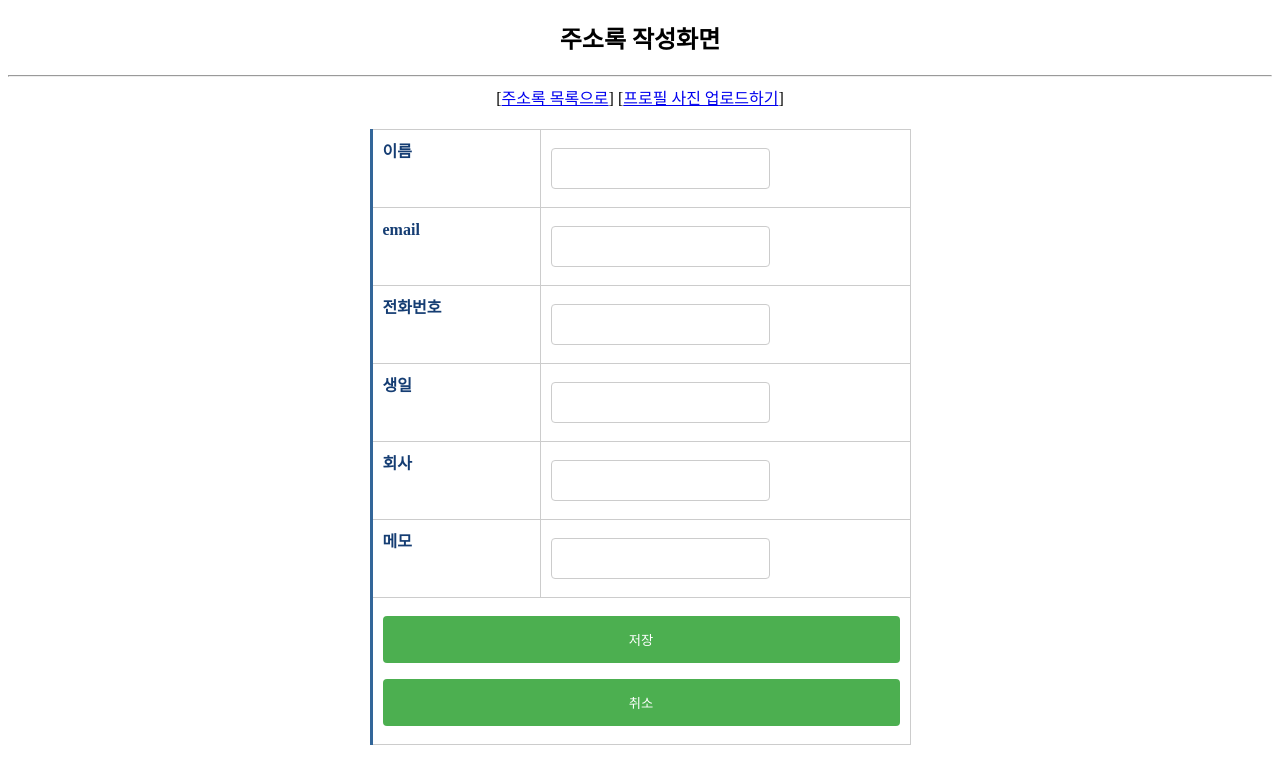
Repository: LeeHyukJe/jsp-bit
Page: http://localhost/jsp2/addrbook/addrbook_form.jsp
These files come from the project's save history. The page is drawn as it stood at one moment and after the next save; the edit follows.
The browser window is 1280 px wide. The pictures show the whole page.
The page is served by Tomcat 9. Other server files are loaded and not shown.

Above is the page before, as saved 2017-09-20 05:12:10.

### jsp2/WebContent/addrbook/addrbook_form.jsp
<%@ page language="java" contentType="text/html; charset=UTF-8"
	pageEncoding="UTF-8" errorPage="addrbook_error.jsp"%>
<!DOCTYPE html PUBLIC "-//W3C//DTD HTML 4.01 Transitional//EN" "http://www.w3.org/TR/html4/loose.dtd">
<html>
<head>
<meta http-equiv="Content-Type" content="text/html; charset=UTF-8">
<title>주소록 작성 화면</title>
<link rel="stylesheet" href="login_css.css" media="screen">
	<style>
		table,input[type="text"]{
			width:auto;
			heigth:400px;
		}
	</style>
</head>
<body>
	<div align="center">
    <h2>주소록 작성화면</h2>
    <hr>
    [<a href=addrbook_list.jsp>주소록 목록으로</a>]
    [<a href="Profile_pic.jsp">프로필 사진 업로드하기</a>]
    <p>
    <form name="form1" method="post" action="addrbook_control.jsp">
        <input type="hidden" name="action" value="insert">
        <table border="1" class="type03">
            <tr>
                <th>이름</th>
                <td><input type="text" name="ab_name" maxlength="15"></td>
            </tr>
            <tr>
                <th>email</th>
                <td><input type="text" name="ab_email" maxlength="20"></td>
            </tr>
            <tr>
                <th>전화번호</th>
                <td><input type="text" name="ab_tel" maxlength="20"></td>
            </tr>
            <tr>
                <th>생일</th>
                <td><input type="text" name="ab_birth"></td>
            </tr>
            <tr>
                <th>회사</th>
                <td><input type="text" name="ab_comdept" maxlength="20"></td>
            </tr>
            <tr>
                <th>메모</th>
                <td><input type="text" name="ab_memo"></td>
            </tr>
            <tr>
                <td colspan="2" align="center"><input type="submit" value="저장">
                    <input type="reset" value="취소"></td>
            </tr>
        </table>
    </form>
</div>
</body>
</html>

### jsp2/WebContent/addrbook/login_css.css
input[type=text],select{
    width: 100%;
    padding:12px 20px;
    margin:8px 0;
    display: inline-block;
    border:1px solid #ccc;
    border-radius: 4px;
    box-sizing: border-box;
}

input[type=submit],input[type=reset]{
    width:100%;
    background-color: #4CAF50;
    color: white;
    padding:14px 20px;
    margin:8px 0;
    border:none;
    border-radius: 4px;
    cursor: pointer;
}

input[type=submit]:hover, input[type=reset]:hover{
    background-color: #45a049;
}

table.type03{
    border-collapse:collapse;
    text-align: left;
    line-height: 1.5;
    border-top:1px solid #ccc;
    border-left:3px solid #369;
    margin:20px 10px;
}

table.type03 th{
    width:147px;
    padding:10px;
    font-weight:bold;
    vertical-align: top;
    color: #153d73;
    border-right:1px solid #ccc;
    border-bottom: 1px solid #ccc;
}

table.type03 td{
    width: 349px;
    padding:10px;
    vertical-align: top;
    border-right:1px solid #ccc;
    border-bottom: 1px solid #ccc;
}

After the next save:
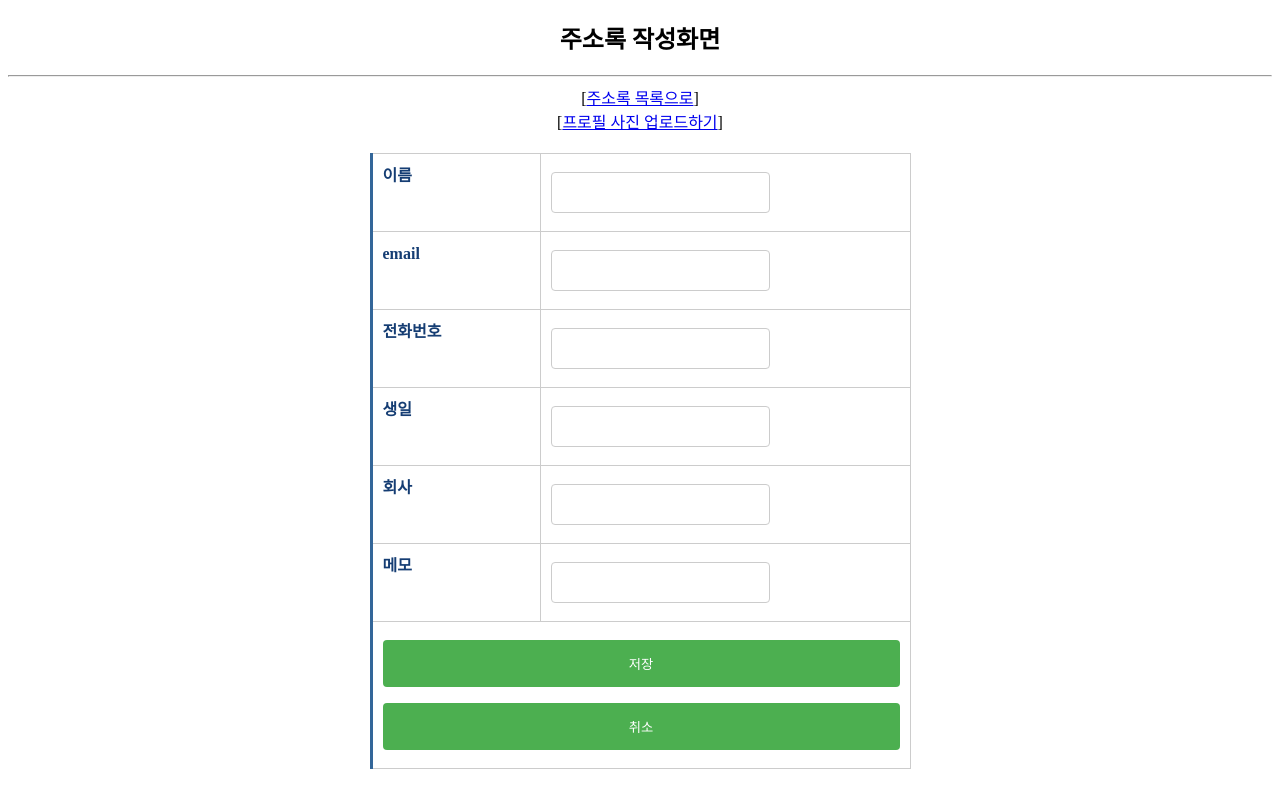
Saved 9 s later.
--- a/jsp2/WebContent/addrbook/addrbook_form.jsp
+++ b/jsp2/WebContent/addrbook/addrbook_form.jsp
@@ -17,7 +17,7 @@
 	<div align="center">
     <h2>주소록 작성화면</h2>
     <hr>
-    [<a href=addrbook_list.jsp>주소록 목록으로</a>]
+    [<a href=addrbook_list.jsp>주소록 목록으로</a>]<br>
     [<a href="Profile_pic.jsp">프로필 사진 업로드하기</a>]
     <p>
     <form name="form1" method="post" action="addrbook_control.jsp">
